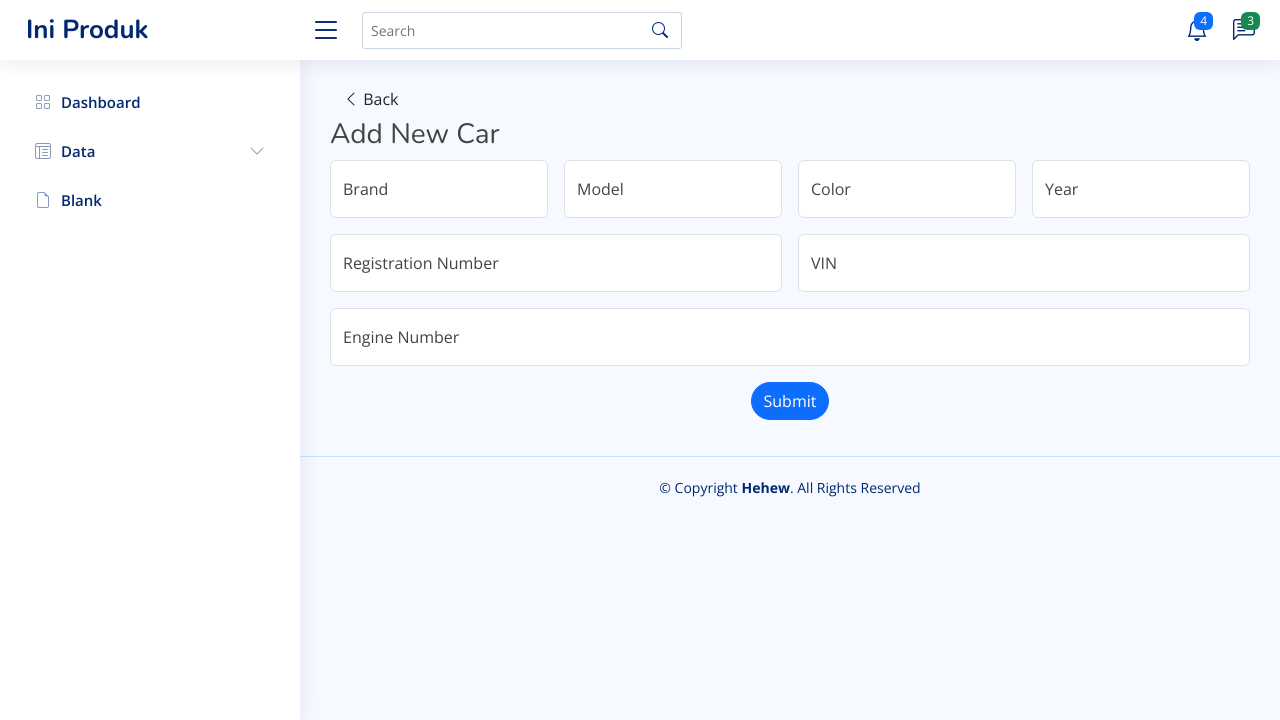
Repository: Jistoper/car_rental
Page: http://localhost/create
The author's editor kept a copy of each file at every save. The page is drawn from the files as they stood at one save, then again after the next save.
The browser window is 1280 px wide. The pictures show the whole page.
The page is served by the project's Laravel application, run on PHP 8.4 with Laravel 9.

Above is the page before, as saved 2023-06-25 15:07:16.

After the next save:
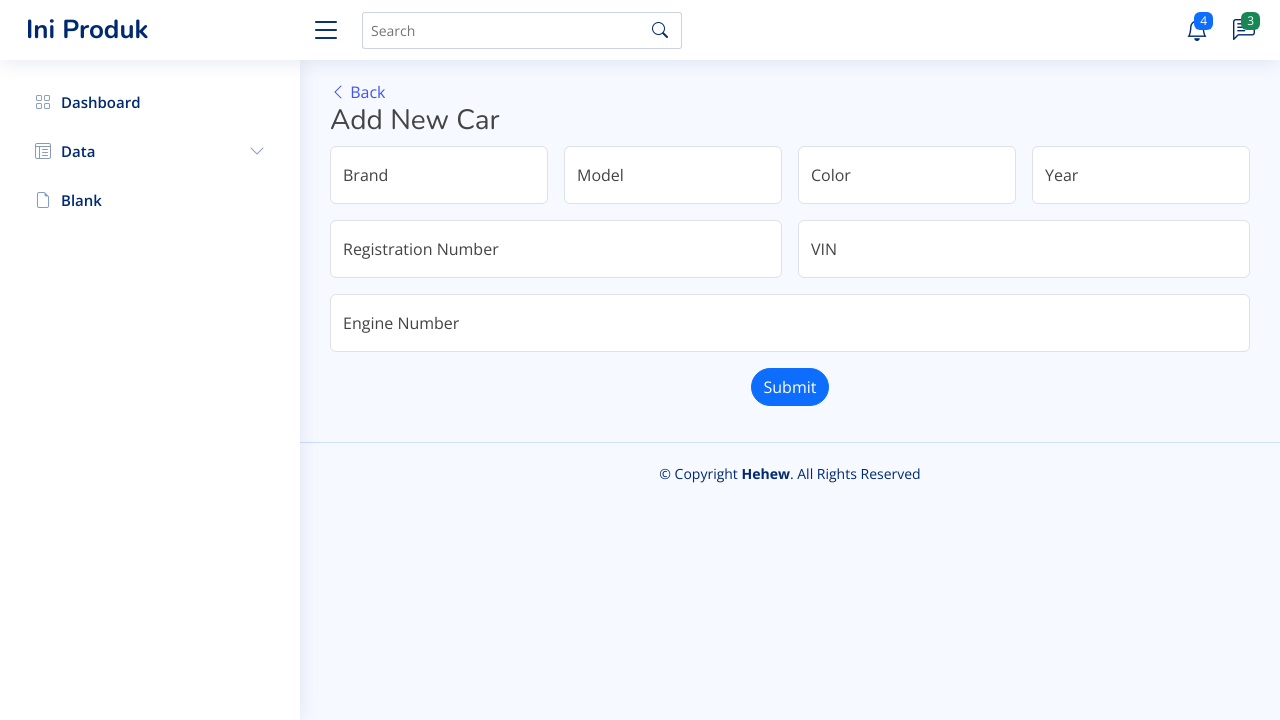
Saved 17 s later.
--- a/resources/views/backsite/content/car/createcar.blade.php
+++ b/resources/views/backsite/content/car/createcar.blade.php
@@ -5,7 +5,7 @@
 <div>
     <div class="md-3">
         <div class="col-md-6">
-          <a href="{{ route('car.getall') }}" class="btn bi-chevron-left hover:text-red"> Back</a>
+          <a href="{{ route('car.getall') }}" class="btn-danger bi-chevron-left hover:text-red"> Back</a>
         </div>
         <div class="col-md-6">
           <h3 class="form-floating">
